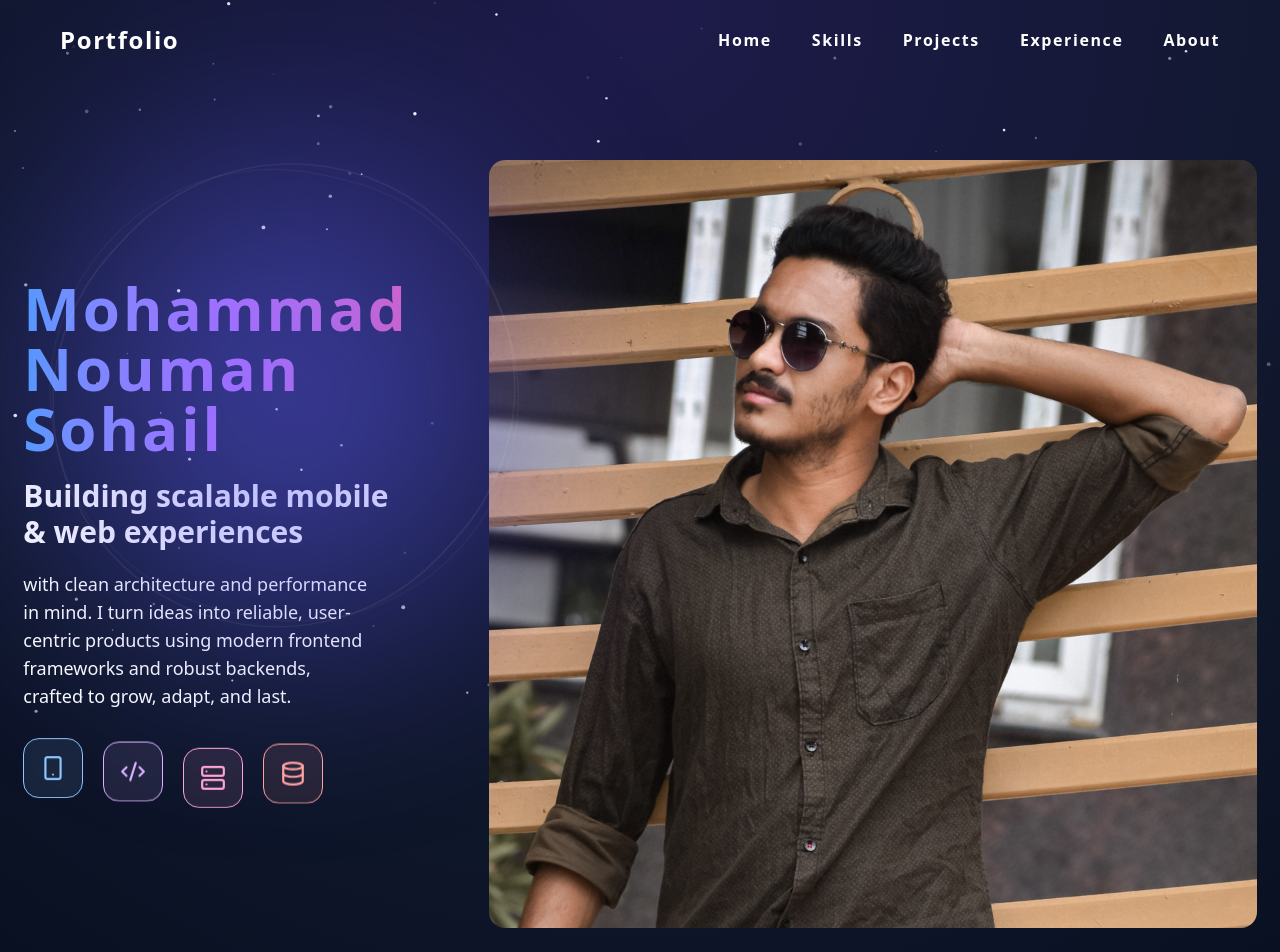
Repository: NoumanSohail/Nouman-Sohail-Portfolio
Page: /
An editor plug-in stored every save of this project. The page is shown before and after the next save, followed by the edit.
The browser window is 1280 px wide. The pictures show the part of the page from y = 0 to 952 px (the page is 1504 px tall).
The project was rebuilt for these pictures with package versions that can differ from the ones it lists, and the page was loaded fresh each time. The framework's server and built-in components were replaced by stand-ins that run in the browser. Also part of the build but not shown: next.config.ts.

Above is the page before, as saved 2026-01-24 19:41:04.

After the next save:
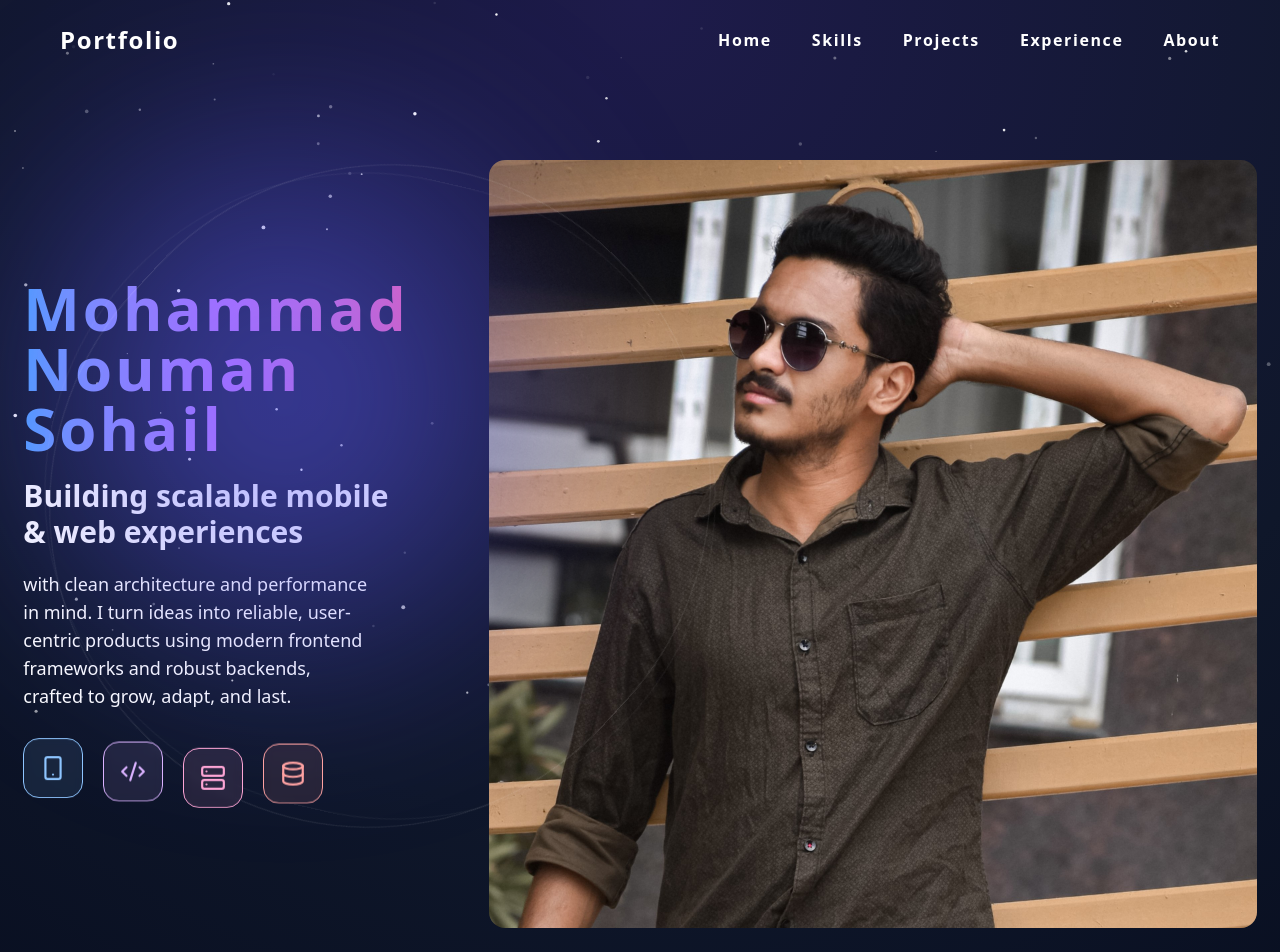
Saved 30 s later.
--- a/app/components/sections/Hero.tsx
+++ b/app/components/sections/Hero.tsx
@@ -12,8 +12,8 @@ const Hero = () => {
       {/* Central Glowing Orb */}
       <div className="absolute w-[35%] h-[35%] bg-indigo-500 rounded-full blur-[120px] opacity-40 animate-pulse [animation-delay:600ms]" />
       {/* Orbiting Elements */}
-      <div className="absolute w-[35%] h-[35%] border border-white/5 rounded-full animate-spin [animation-duration:20s]" />
-      <div className="absolute w-[35%] h-[35%] border border-white/10 rounded-full animate-spin [animation-duration:15s] [animation-direction:reverse]" />
+      <div className="absolute w-[50%] h-[50%] border border-white/5 rounded-full animate-spin [animation-duration:20s]" />
+      <div className="absolute w-[50%] h-[50%] border border-white/10 rounded-full animate-spin [animation-duration:15s] [animation-direction:reverse]" />
 
       <div className="flex flex-col lg:flex-row items-center justify-center gap-7 lg:gap-20 text-center lg:text-start">
         <div className="flex flex-col gap-5">
